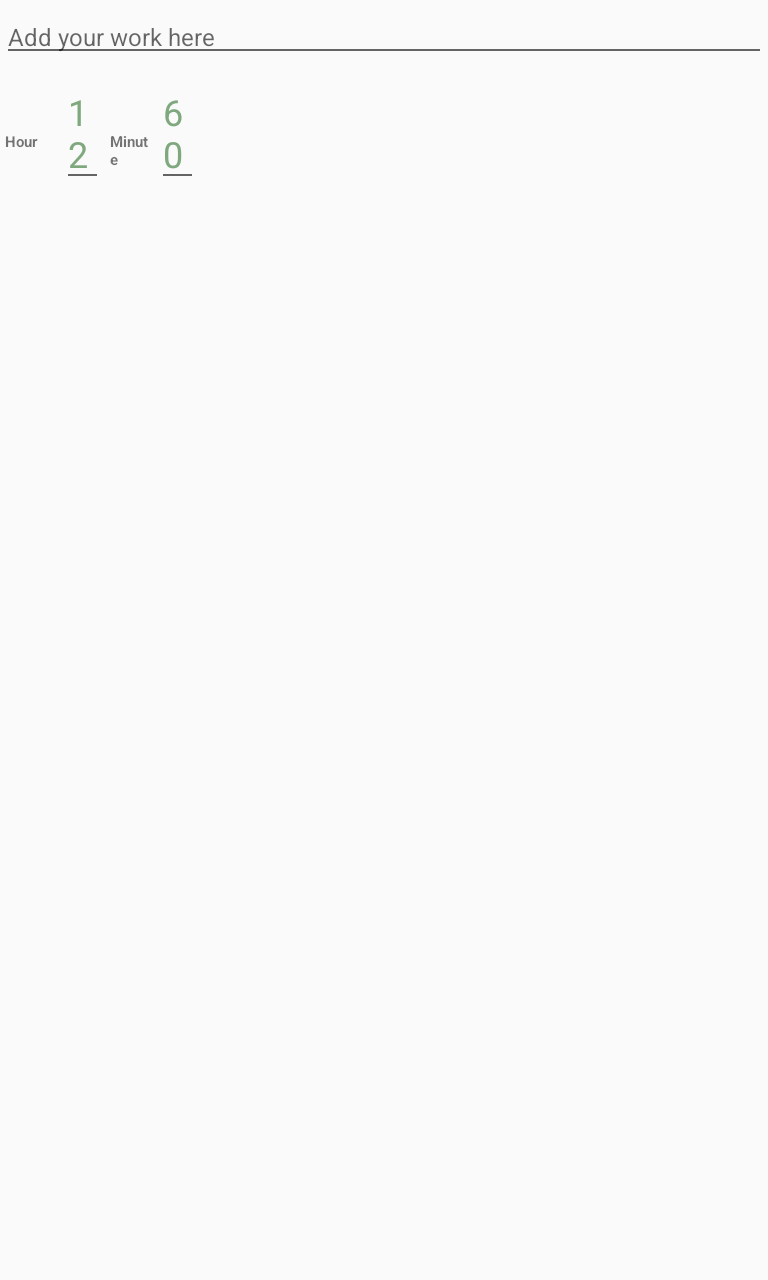
Repository: teamEIT/Android
Layout: workspace/Layout/res/layout/activity_main.xml
An editor plug-in stored every save of this project. The layout is shown before and after the next save, followed by the edit.
It is drawn on a 768 x 1280 px phone screen (xhdpi) without system bars, with theme AppTheme; the app's code is not run.

Above is the layout before, as saved 2014-08-18 02:54:25.

After the next save:
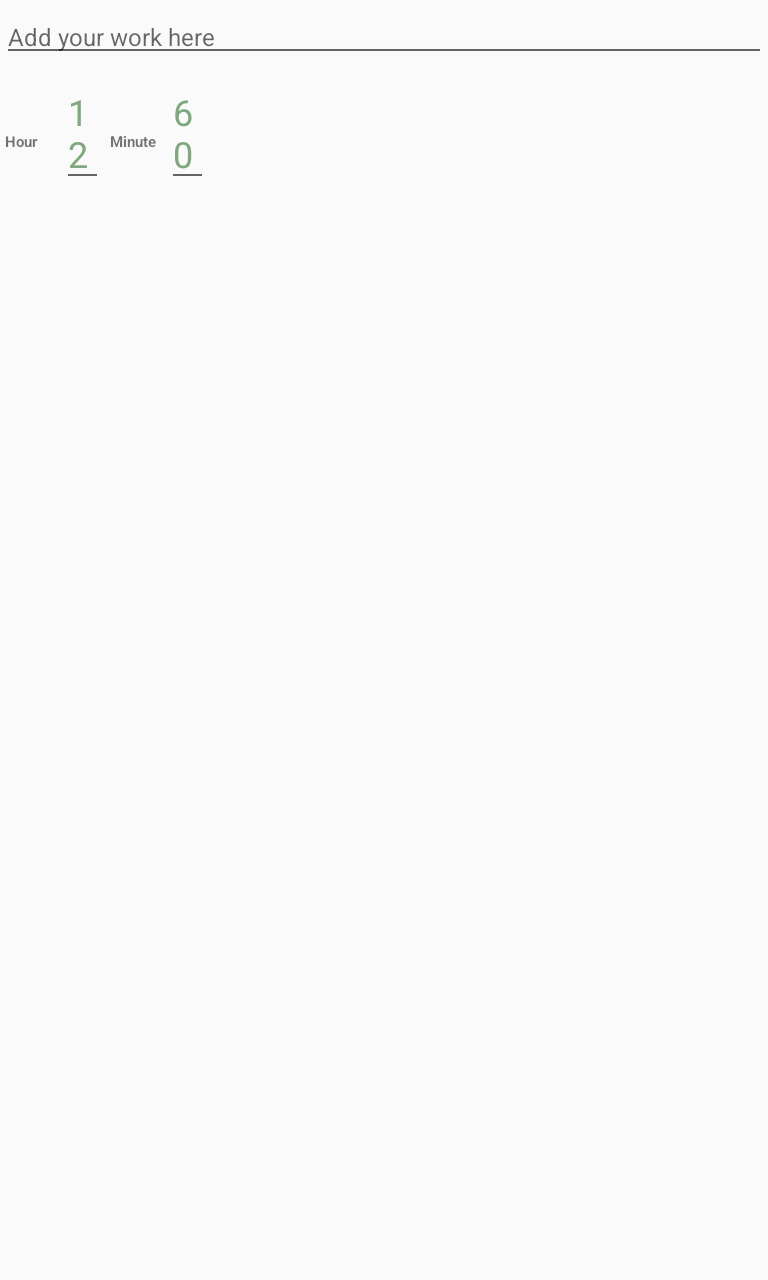
Saved 6 s later.
--- a/workspace/Layout/res/layout/activity_main.xml
+++ b/workspace/Layout/res/layout/activity_main.xml
@@ -36,7 +36,7 @@
 	    	android:textColorHint="@color/abc_search_url_text_normal"
 	    />
 	    <TextView
-	    	android:layout_width="50px"
+	    	android:layout_width="60px"
 	        android:layout_height="wrap_content"
 	        android:text="@string/minute_edit"
 	        android:typeface="normal"
